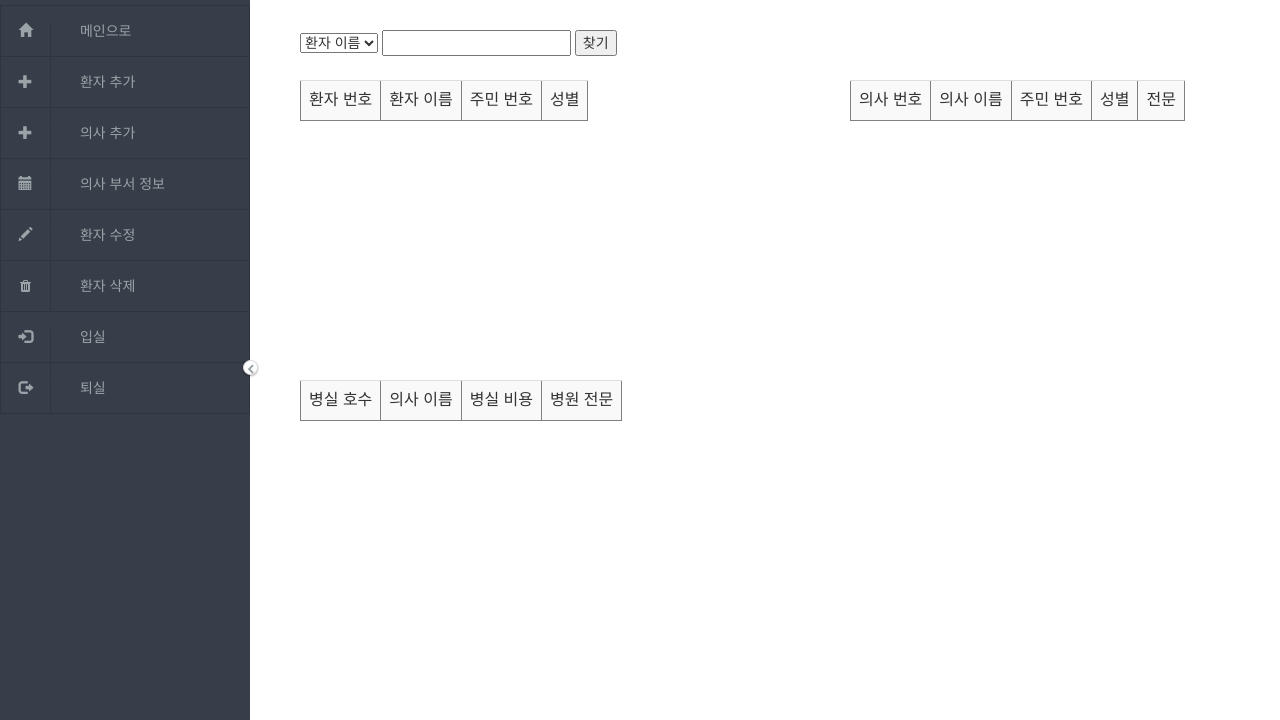
Repository: qaws1134/Hospital_manager
Page: http://localhost/project/main.jsp
These files come from the project's save history. The page is drawn as it stood at one moment and after the next save; the edit follows.
The browser window is 1280 px wide. The pictures show the whole page.
Some web libraries are served in a nearby version. The page is served by Tomcat 9. Other server files are loaded and not shown. The template is opened directly, without the code that normally fills it, so the values that code supplies are empty.

Above is the page before, as saved 2017-12-09 16:30:54.
Console error (its wording comes from the project's code and is left out).

### project/WebContent/main.jsp
<%@ page language="java" contentType="text/html; charset=UTF-8"
    pageEncoding="UTF-8"%>
<%@ taglib uri="http://java.sun.com/jsp/jstl/core" prefix="c" %>

<html lang="kr">
	<head>

	<meta http-equiv="Content-Type" content="text/html" charset="UTF-8">
	<title>http://www.blueb.co.kr</title>
<link rel="stylesheet" href="http://netdna.bootstrapcdn.com/font-awesome/4.3.0/css/font-awesome.min.css">
<!-- 합쳐지고 최소화된 최신 CSS -->
<link rel="stylesheet" href="https://maxcdn.bootstrapcdn.com/bootstrap/3.3.2/css/bootstrap.min.css">
<!-- 부가적인 테마 -->
<link rel="stylesheet" href="https://maxcdn.bootstrapcdn.com/bootstrap/3.3.2/css/bootstrap-theme.min.css">

<!-- 합쳐지고 최소화된 최신 자바스크립트 -->
<script src="https://maxcdn.bootstrapcdn.com/bootstrap/3.3.2/js/bootstrap.min.js"></script>

<style type="text/css">
input[type="checkbox"]#menu_state {
  display: none;
}
input[type="checkbox"]:checked ~ nav {
  width: 250px;
}
input[type="checkbox"]:checked ~ nav label[for="menu_state"] i::before {
  content: "\f053";
}
input[type="checkbox"]:checked ~ nav ul {
  width: 100%;
}
input[type="checkbox"]:checked ~ nav ul li a i {
  border-right: 1px solid #2f343e;
}
input[type="checkbox"]:checked ~ nav ul li a span {
  opacity: 1;
  transition: opacity 0.25s ease-in-out;
}
input[type="checkbox"]:checked ~ main {
  left: 250px;
}
nav {
  position: fixed;
  z-index: 9;
  top: 0;
  left: 0;
  bottom: 0;
  background: #383e49;
  color: #9aa3a8;
  width: 50px;
  font-family: 'Montserrat', sans-serif;
  font-weight: lighter;
  transition: all 0.15s ease-in-out;
}
nav label[for="menu_state"] i {
  cursor: pointer;
  position: absolute;
  top: 50%;
  right: -8px;
  box-shadow: 0 1px 3px rgba(0,0,0,0.12), 0 1px 2px rgba(0,0,0,0.24);
  background: #fff;
  font-size: 10px;
  display: flex;
  justify-content: center;
  align-items: center;
  height: 15px;
  width: 15px;
  border-radius: 50%;
  border: 1px solid #ddd;
  transition: width 0.15s ease-in-out;
  z-index: 1;
}
nav label[for="menu_state"] i::before {
  margin-top: 2px;
  content: "\f054";
}
nav label[for="menu_state"] i:hover {
  box-shadow: 0 10px 20px rgba(0,0,0,0.19), 0 6px 6px rgba(0,0,0,0.23);
}
nav ul {
  overflow: hidden;
  display: block;
  width: 50px;
  list-style-type: none;
  padding: 0;
  margin: 0;
}
nav ul li {
  border: 1px solid #2f343e;
  position: relative;
}
nav ul li.unread:after {
  content: attr(data-content);
  position: absolute;
  top: 10px;
  left: 25px;
  display: flex;
  justify-content: center;
  align-items: center;
  width: 15px;
  height: 15px;
  border-radius: 50%;
  color: #fff;
  background: #ef5952;
  font-size: 8px;
}
nav ul li:not(:last-child) {
  border-bottom: none;
}
nav ul li.active a {
  background: #4c515d;
  color: #fff;
}
nav ul li a {
  position: relative;
  display: block;
  white-space: nowrap;
  text-decoration: none;
  color: #9aa3a8;
  height: 50px;
  width: 100%;
  transition: all 0.15s ease-in-out;
}
nav ul li a:hover {
  background: #4c515d;
  color: #fff;
}
nav ul li a * {
  height: 100%;
  display: inline-block;
}
nav ul li a i {
  text-align: center;
  width: 50px;
  z-index: 999999;
}
nav ul li a i.fa {
  line-height: 50px;
}
nav ul li a span {
  padding-left: 25px;
  opacity: 0;
  line-height: 50px;
  transition: opacity 0.1s ease-in-out;


}

</style>
</head>

<body>
<input type="checkbox" id="menu_state" checked>
<nav>
	<label for="menu_state"><i class="fa"></i></label>
	<ul>
    <li>
      <a href="main.do">
        <i class="glyphicon glyphicon-home"></i>
        <span>메인으로</span>   <!--환자 대기 목록,병실 목록 및 현황-->
      </a>
    </li>
		<li>
			<a href="P_addui.do">
				<i class="glyphicon glyphicon-plus"></i>
				<span>환자 추가</span>
			</a>
		</li>
		<li>
			<a href="D_addui.do">
				<i class="glyphicon glyphicon-plus"></i>
				<span>의사 추가</span>
			</a>
		</li>

		<li>
			<a href="D_clsif.do">
				<i class="glyphicon glyphicon-calendar"></i>
				<span>의사 부서 정보</span>
			</a>
		</li>

		<li>
			<a href="cristal.do">
				<i class="glyphicon glyphicon-pencil"></i>
				<span>환자 수정</span>
			</a>
		</li>
		<li>
			<a href="delsel.do">
				<i class="fa fa-trash"></i>
				<span>환자 삭제</span>
			</a>
		</li>
      <li>
      <a href="insel.do">
        <i class="glyphicon glyphicon-log-in"></i>
        <span>입실</span>
      </a>
    </li>
        <li>
      <a href="javascript:void(0)">
        <i class="glyphicon glyphicon-log-out"></i>
        <span>퇴실</span>
      </a>
    </li>
	</ul>
</nav>
<section style="position:absolute; top:30px;left:300px">
<form action="search.do">
	<select name ="searchName"size ="1">
		<option value="p_name">환자 이름</option>
		<option value="d_name">의사 이름</option>
		<option value="d_cls">병원 종류</option>
	</select>
	<input type="text" name="searchValue">
	<input type="submit" value="찾기">
</form>
</section>

<!-- 환자 정보	 -->
<section style="position:absolute; top:80px;left:300px">
      <table border="1" class="table table-striped">
      	<tr>
      		<td>환자 번호</td>
      		<td>환자 이름</td>
      		<td>주민 번호</td>
      		<td>성별</td>
      	</tr>

      	<c:forEach items="${P_list}" var="dto">
	      	<tr>
	      		<td>${dto.p_NUM}</td>
	      		<td>${dto.p_NAME}</td>
	      		<td>${dto.p_PERNUM}</td>
	      		<td>${dto.p_GENDER }</td>
	      	</tr>
		</c:forEach>
      </table>
</section>
<!-- 의사 정보 -->
<section style="position:absolute; top:80px;left:850px">
     <table border="1" class="table table-striped">
      	<tr>
      		<td>의사 번호</td>
      		<td>의사 이름</td>
      		<td>주민 번호</td>
      		<td>성별</td>
      		<td>전문</td>
      	</tr>


      	<c:forEach items="${D_list}" var="dto">
	      	<tr>
	      		<td>${dto.d_NUM}</td>
	      		<td>${dto.d_NAME}</td>
	      		<td>${dto.d_PERNUM}</td>
	      		<td>${dto.d_GENDER }</td>
	      		<td>${dto.d_CLS}</td>
	      	</tr>
		</c:forEach>
      </table>
</section>

<!-- 병실 정보 -->
<section style="position:absolute; top:380px;left:300px">
      <table border="1" class="table table-striped">
      	<tr>
      		<td>병실 호수</td>
      		<td>의사 이름</td>
      		<td>병실 비용</td>
  			<td>병원 전문</td>


      	</tr>

      	<c:forEach items="${D_inshow}" var="dto">
	      	<tr>
	      		<td>${dto.h_NUM}호</td>
	      		<td>${dto.d_NAME}</td>
	      		<td>${dto.h_COST}</td>
	      		<td>${dto.d_CLS}</td>
	      	</tr>
		</c:forEach>
      </table>
</section>

<!--
<section style="position:absolute; top:400px;left:300px">
     <table border="1">
		<tr>
      	<c:forEach items="${D_list}" var="dto">
	      		<td>${dto.d_NUM}</td>
	      		<td>${dto.d_NAME}</td>
	      		<td>${dto.d_PERNUM}</td>
	      		<td>${dto.d_GENDER }</td>
	      		<td>${dto.d_CLS}</td>
		</c:forEach>
		</tr>
		<tr>
      	<c:forEach items="${D_list}" var="dto">
	      		<td>${dto.d_NUM}</td>
	      		<td>${dto.d_NAME}</td>
	      		<td>${dto.d_PERNUM}</td>
	      		<td>${dto.d_GENDER }</td>
	      		<td>${dto.d_CLS}</td>
		</c:forEach>
		</tr>
		<tr>
      	<c:forEach items="${D_list}" var="dto">
	      		<td>${dto.d_NUM}</td>
	      		<td>${dto.d_NAME}</td>
	      		<td>${dto.d_PERNUM}</td>
	      		<td>${dto.d_GENDER }</td>
	      		<td>${dto.d_CLS}</td>
		</c:forEach>
		</tr>
      </table>
</section>
-->



</body>
</html>

After the next save:
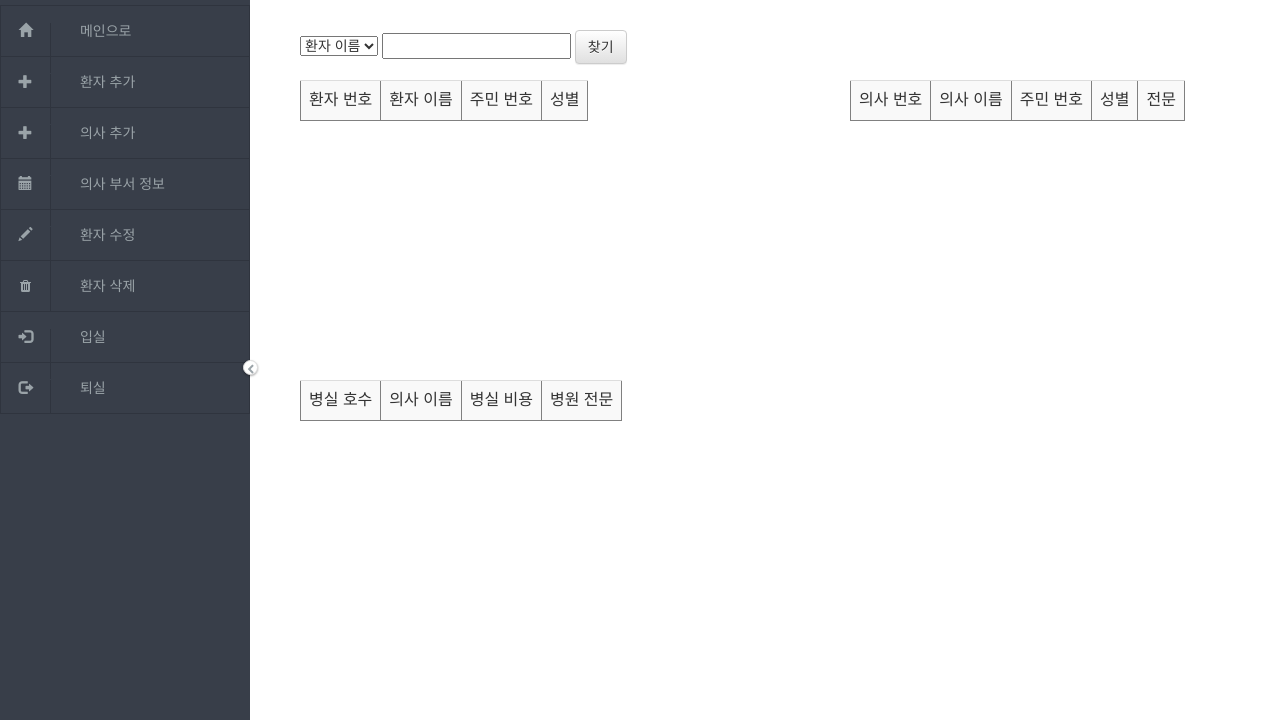
Saved 106 s later.
--- a/project/WebContent/main.jsp
+++ b/project/WebContent/main.jsp
@@ -214,7 +214,7 @@ nav ul li a span {
 		<option value="d_cls">병원 종류</option>
 	</select>
 	<input type="text" name="searchValue">
-	<input type="submit" value="찾기">
+	<input type="submit" class="btn btn-default" value="찾기">
 </form>
 </section>
 
